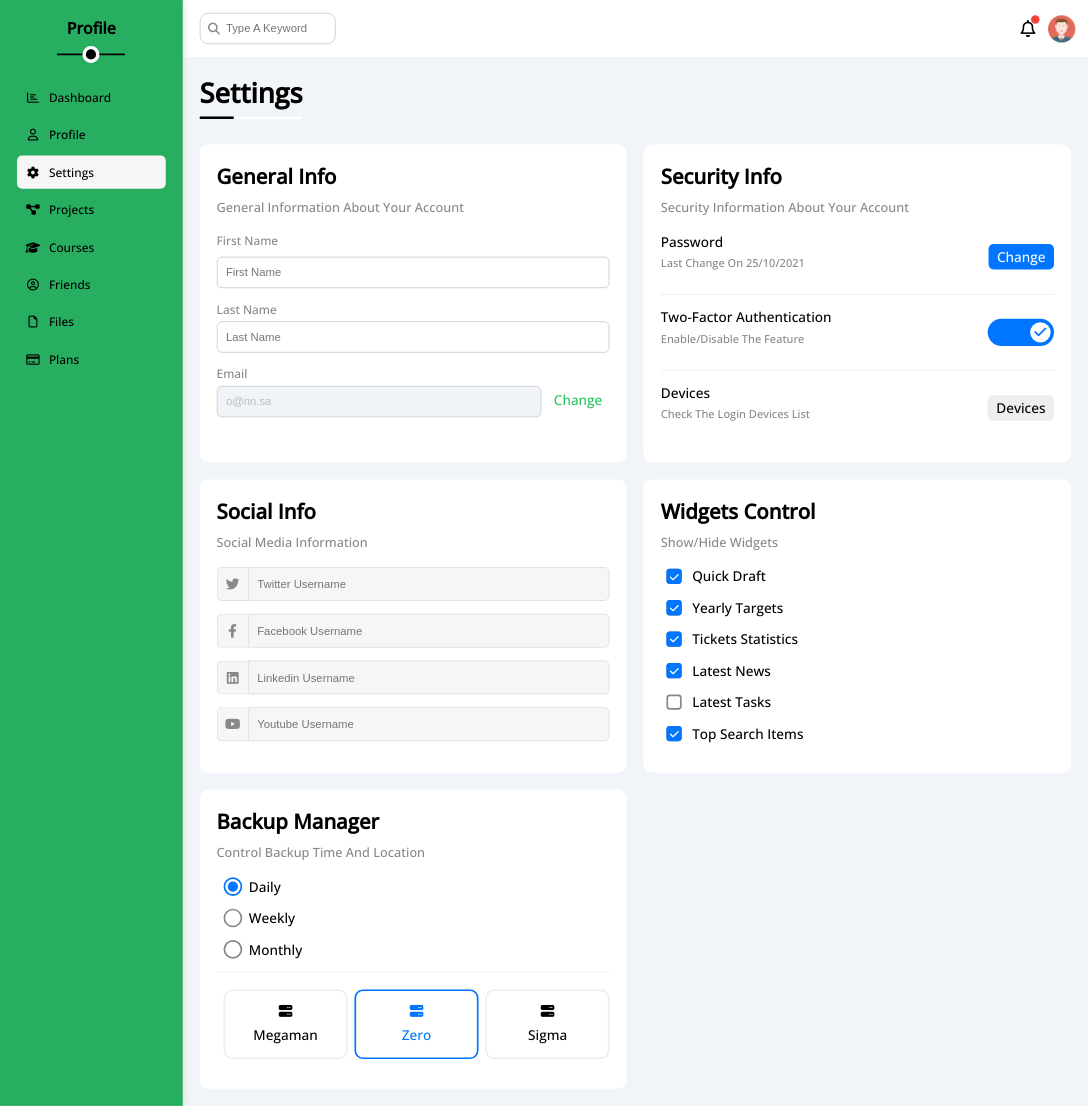
Repository: souhailaniba/Bookly
Page: public/assets/books webstie/settings.html
These files come from the project's save history. The page is drawn as it stood at one moment and after the next save; the edit follows.
The browser window is 1280 px wide. The pictures show the whole page, at 85% of full size.

Above is the page before, as saved 2023-01-27 14:46:13.

After the next save:
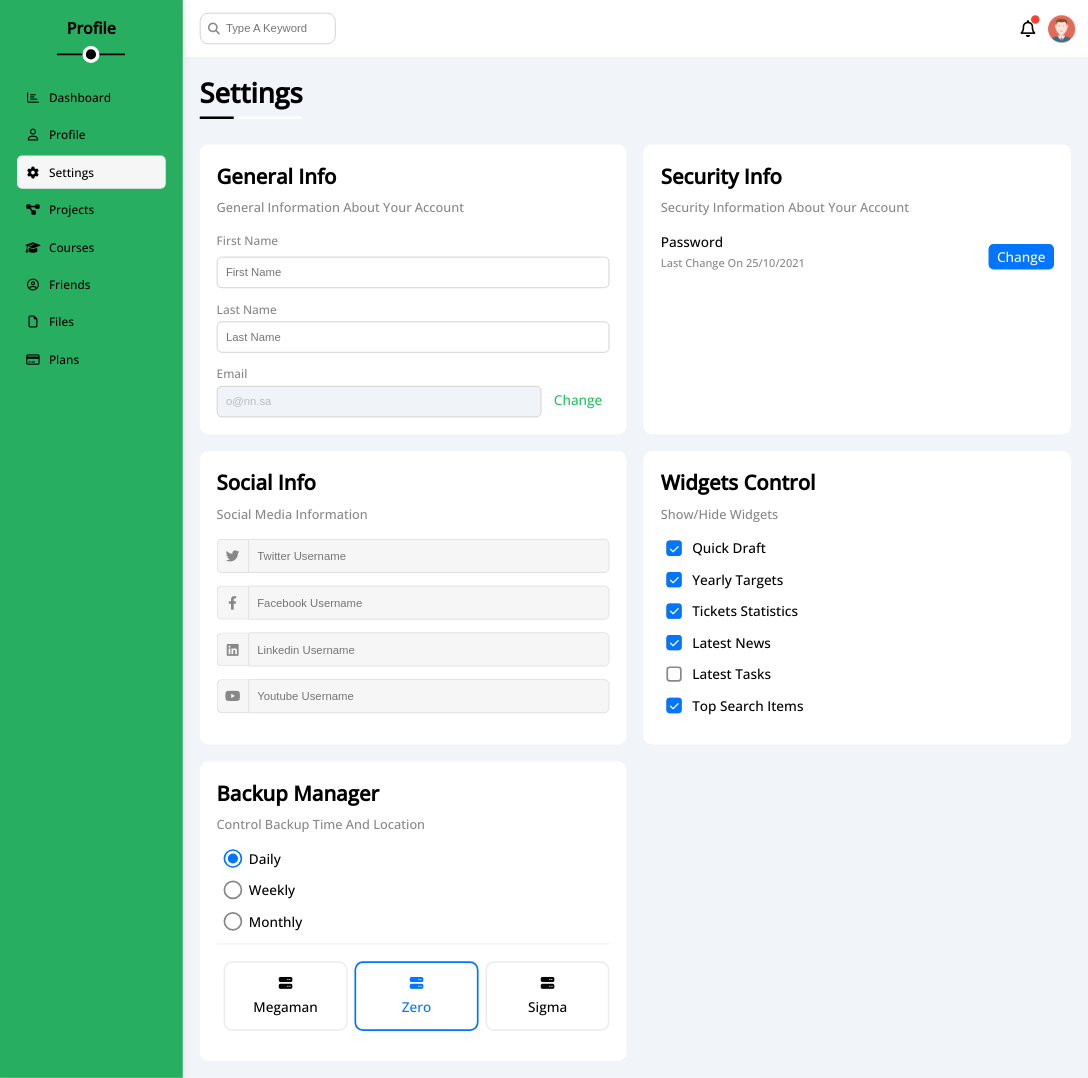
Saved 23 s later.
--- a/public/assets/books webstie/settings.html
+++ b/public/assets/books webstie/settings.html
@@ -130,23 +130,6 @@
               </div>
               <a class="button bg-blue c-white btn-shape" href="#">Change</a>
             </div>
-            <div class="sec-box mb-15 between-flex">
-              <div>
-                <span>Two-Factor Authentication</span>
-                <p class="c-grey mt-5 mb-0 fs-13">Enable/Disable The Feature</p>
-              </div>
-              <label>
-                <input class="toggle-checkbox" type="checkbox" checked />
-                <div class="toggle-switch"></div>
-              </label>
-            </div>
-            <div class="sec-box between-flex">
-              <div>
-                <span>Devices</span>
-                <p class="c-grey mt-5 mb-0 fs-13">Check The Login Devices List</p>
-              </div>
-              <a class="bg-eee c-black btn-shape" href="#">Devices</a>
-            </div>
           </div>
           <!-- End Settings Box -->
           <!-- Start Settings Box -->
